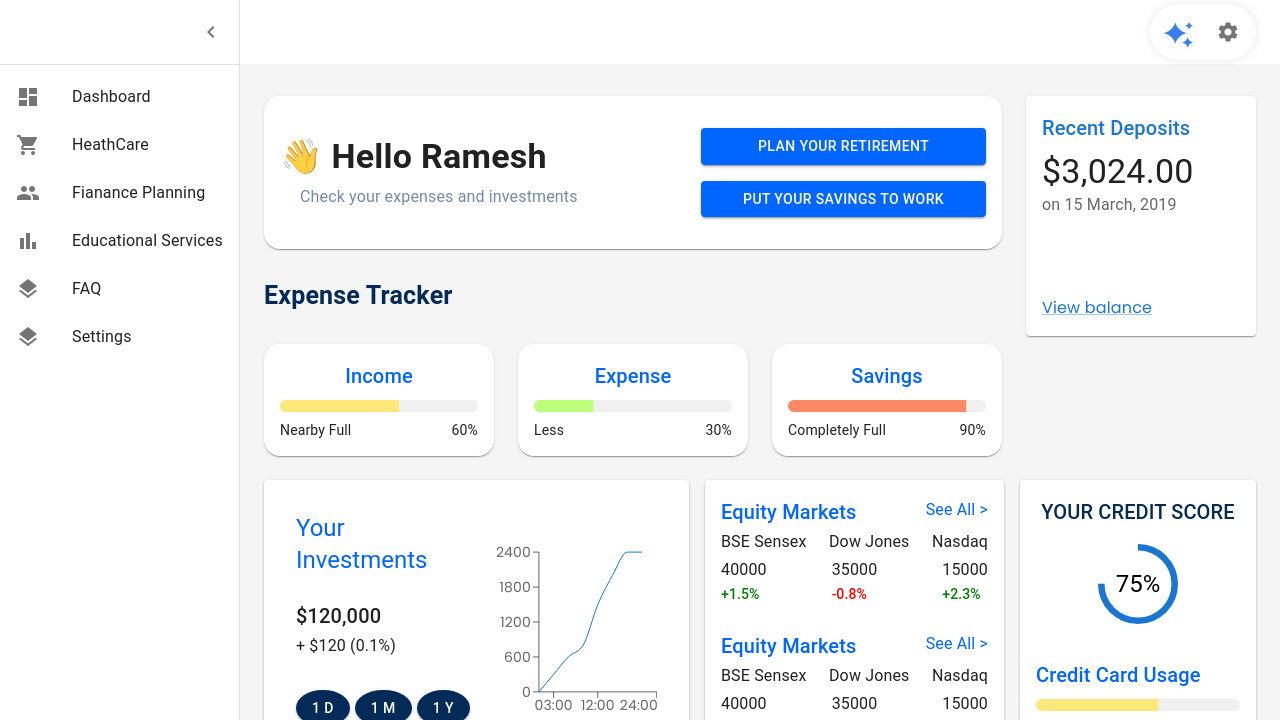
Repository: shubhampirate/TIAA_Retirement_hackathon
Page: /
The author's editor kept a copy of each file at every save. The page is drawn from the files as they stood at one save, then again after the next save.
The browser window is 1280 px wide. The pictures show the whole page.
An inner scrolling area shows only its first screen. The project was rebuilt for these pictures with package versions that can differ from the ones it lists, and the page was loaded fresh each time. Also part of the build but not shown: src/Components/CustomButton.jsx, src/Components/Navbar.jsx, src/Components/Properties.jsx, src/Components/Footer.jsx, src/Components/Hero.jsx, src/pages/Sign_In.jsx.

Above is the page before, as saved 2023-11-15 14:37:32.

After the next save:
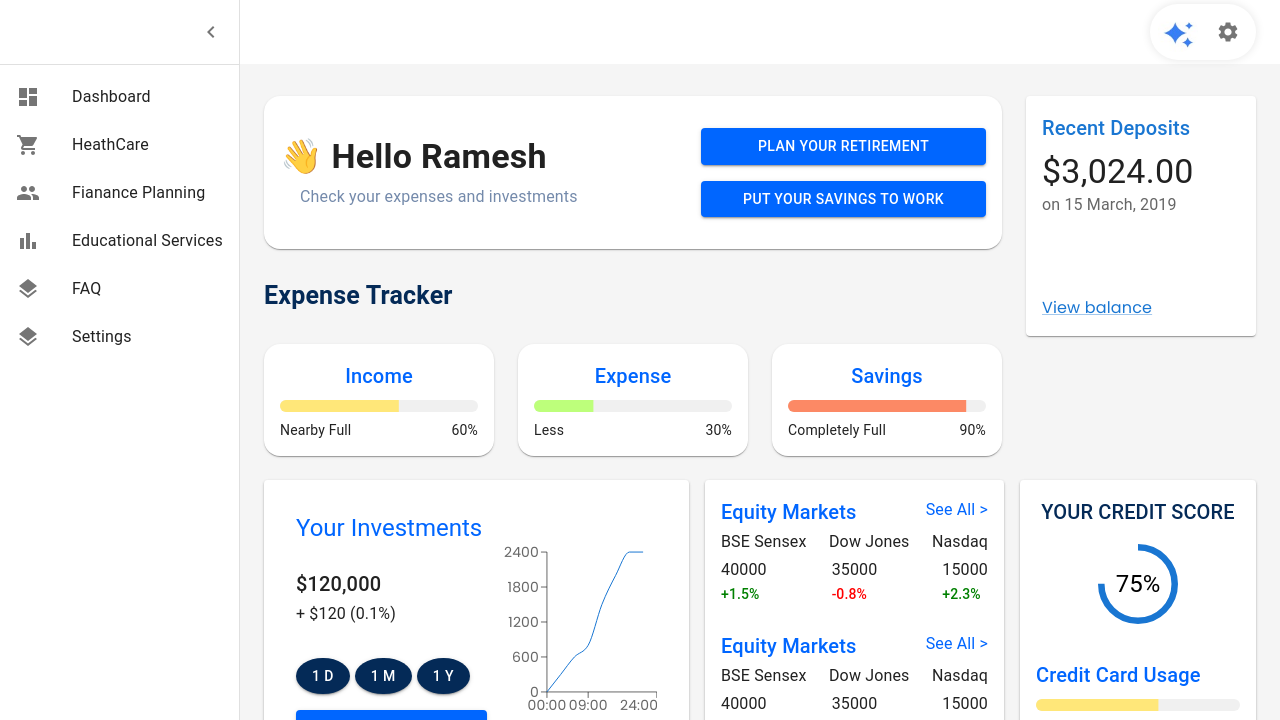
Saved 78 s later.
--- a/src/Components/YourComponent.jsx
+++ b/src/Components/YourComponent.jsx
@@ -50,6 +50,9 @@ const InvestmentsBox = () => (
             1 Y
           </Button>
         </div>
+        <Button variant="contained"  sx={{ width: '100%', backgroundColor: '#0066FF', color: '#fff', mb: { xs: 1, md: 2 } ,mt:{xs:0, md:2}  }}>
+        Plan your retirement
+        </Button>
       </div>
       {/* Chart (replace with your actual chart component) */}
       <div style={{ width: '50%', height: '150px', backgroundColor: '#fff' }}>
